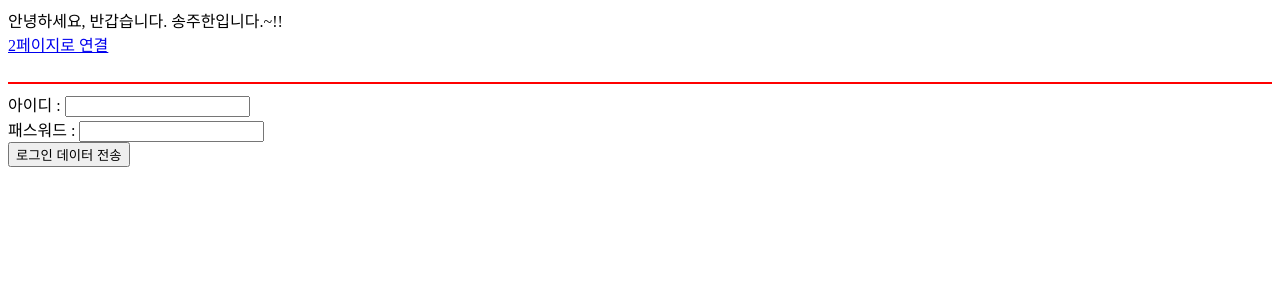
Repository: JuHanSong/JSP
Page: jsp01/WebContent/indeex.html
These files come from the project's save history. The page is drawn as it stood at one moment and after the next save; the edit follows.
The browser window is 1280 px wide. The pictures show the whole page.

Above is the page before, as saved 2020-11-21 02:45:37.

After the next save:
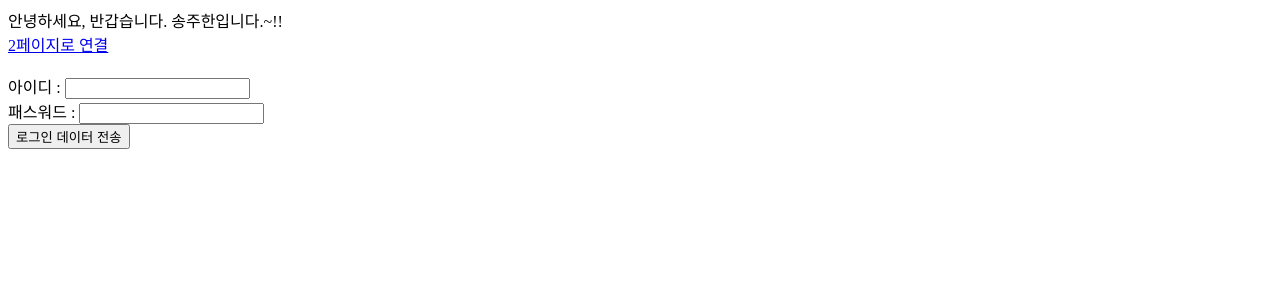
Saved 15 min 32 s later.
--- a/jsp01/WebContent/indeex.html
+++ b/jsp01/WebContent/indeex.html
@@ -12,7 +12,7 @@
 	<!-- 속성(attridute)는 0개이상 ~ 여러개 -->
 	<br><br>
 
-	<hr color="red"> <!-- horizontal : 가로 -->
+	<vr color="red"> <!-- horizontal : 가로 -->
 
 	아이디 :  <input type="text" name = "id"> <br>
 	패스워드 : <input type="text"name = "pw"> <br>

After the save that followed:
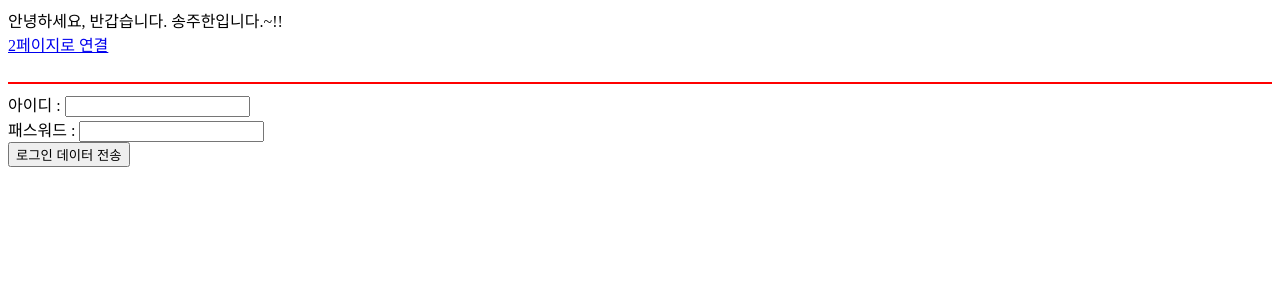
Saved 15 s later.
--- a/jsp01/WebContent/indeex.html
+++ b/jsp01/WebContent/indeex.html
@@ -12,7 +12,7 @@
 	<!-- 속성(attridute)는 0개이상 ~ 여러개 -->
 	<br><br>
 
-	<vr color="red"> <!-- horizontal : 가로 -->
+	<hr color="red"> <!-- horizontal : 가로 -->
 
 	아이디 :  <input type="text" name = "id"> <br>
 	패스워드 : <input type="text"name = "pw"> <br>
